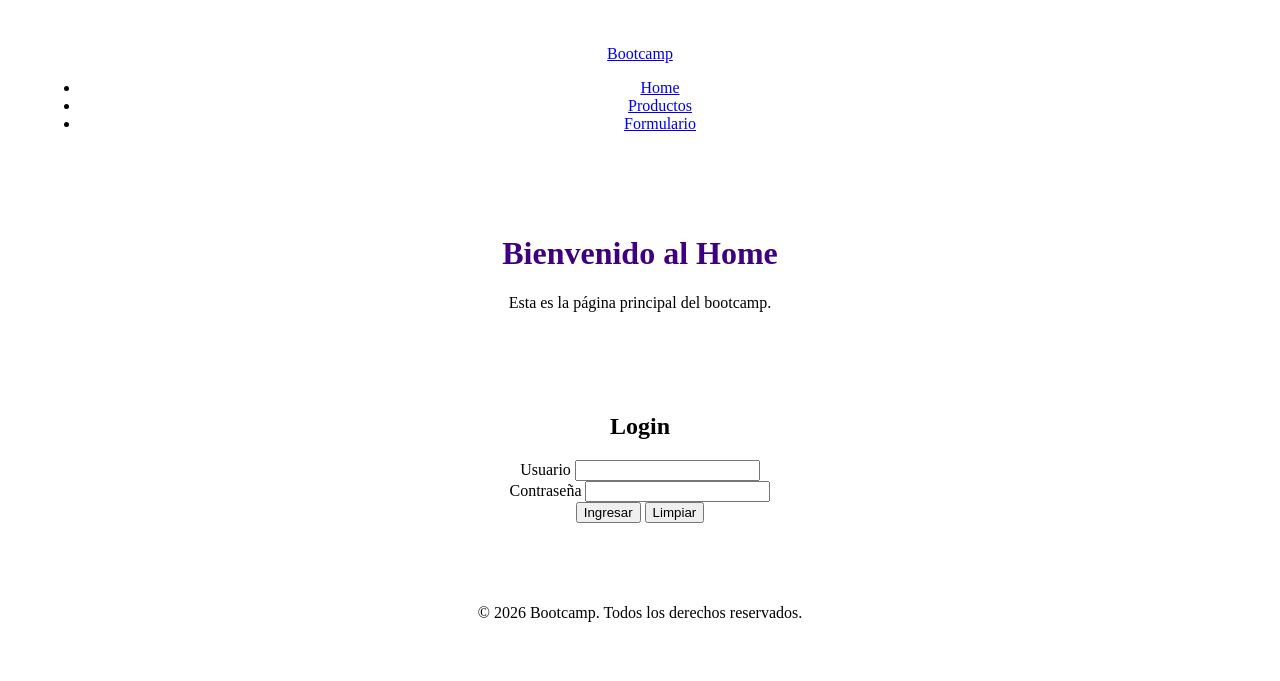
Repository: LadyJohana20/clases
Page: Clase-05-nodesass/public/index.html
An editor plug-in stored every save of this project. The page is shown before and after the next save, followed by the edit.
The browser window is 1280 px wide. The pictures show the whole page.
The style sheet was rebuilt from its Sass, Less or Tailwind sources for each picture, by a compiler version that may differ from the author's.

Above is the page before, as saved 2026-01-27 20:36:35.

### Clase-05-nodesass/public/index.html
<!DOCTYPE html>
<html lang="es">
<head>
  <meta charset="UTF-8">
  <meta name="viewport" content="width=device-width, initial-scale=1">
  <title>Home - Bootcamp</title>
<link rel="stylesheet" href="./css/index.css">
</head>
<body>
  <nav class="navbar">
    <div class="container">
      <a class="navbar-brand" href="#">Bootcamp</a>
      <div class="collapse" id="navbarNav">
        <ul class="navbar-nav ms-auto">
          <li class="nav-item">
            <a class="nav-link active" href="#">Home</a>
          </li>
          <li class="nav-item">
            <a class="nav-link" href="./pages/productos.html">Productos</a>
          </li>
          <li class="nav-item">
            <a class="nav-link" href="./pages/formulario.html">Formulario</a>
          </li>
        </ul>
      </div>
    </div>
  </nav>


  <main class="container mt-5">
    <h1>Bienvenido al Home</h1>
    <p>Esta es la página principal del bootcamp.</p>
  </main>

  <section class="container">
    <h2>Login</h2>
    <form method="post" class="login-form" id="loginForm">
      <div class="mb-3">
        <label for="email" class="form-label">Usuario</label>
        <input type="text" id="email" name="email" class="form-control" required>
      </div>
      <div class="mb-3">
        <label for="password" class="form-label">Contraseña</label>
        <input type="password" id="password" name="password" class="form-control" required>
      </div>
      <button type="submit" class="btn btn-primary">Ingresar</button>
      <button type="reset" class="btn btn-primary">Limpiar</button>
    </form>
  </section>

  <footer>
    <div class="container text-center">
      <p>&copy; 2026 Bootcamp. Todos los derechos reservados.</p>
    </div>
  </footer>



  <script src="./js/index.js"></script>
</body>
</html>

### Clase-05-nodesass/public/js/index.js
console.log('BIENVENIDO AL FRONT DE LA APP');


//Crear una función para el login de un usuario.


//manejo del DOM
let loginForm = document.getElementById('loginForm');
const loginUser = (e) => {
    e.preventDefault(); //evitar que se recargue la página

    console.log("Iniciando login...");

    //capturar los datos del formulario
    let email = document.getElementById('email').value;
    let password = document.getElementById('password').value;

    let login = "";

    //crear el objeto con los datos
    let adminUser= "admin@bootcamp.com";
    let adminPassword= "admin123";
      let adminName = "Juan Perez";

    //creamos logica de validación

    if(email === adminUser && password === adminPassword){
        console.log("Login exitoso");
        login = "true"; //si es login exitoso

        //guardar el nombre del usuario en el localStorage
        localStorage.setItem("administrador", adminName);
        localStorage.setItem("email", email);
        localStorage.setItem("loginStatus", login);
        alert("Login exitoso");



        window.location.href = "./pages/formulario.html"; //redireccionar a formulario

    } else {
        console.log("Credenciales Invalidas");
        login = "false";   //si el login falla

        //guardar el estado de login en el localStorage
        localStorage.setItem("loginStatus", login);
        alert("Credenciales Invalidas, por favor intente nuevamente.");

        }


    }
    loginForm.addEventListener('submit', loginUser);

### Clase-05-nodesass/public/sass/index.scss
@import "home";

.container{
    max-width: 1200px;
    margin: 0 auto;
    padding: 20px;
    text-align: center;
    margin-top: 25px;
}

### Clase-05-nodesass/public/sass/_home.scss
h1{
    color: rgb(62, 0, 128);
}

After the next save:
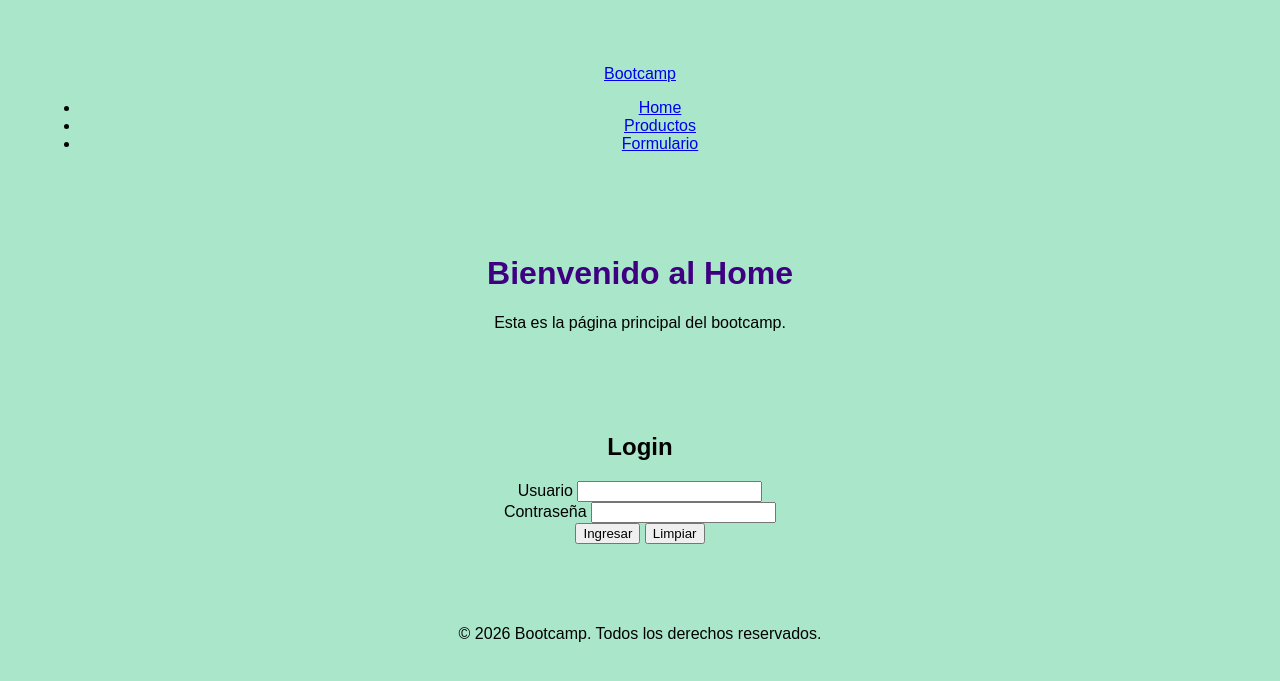
Saved 2 min 45 s later.
--- a/Clase-05-nodesass/public/sass/_home.scss
+++ b/Clase-05-nodesass/public/sass/_home.scss
@@ -1,3 +1,10 @@
 h1{
     color: rgb(62, 0, 128);
 }
+
+body{
+    background-color: #a9e6ca;
+    font-family: Arial, Helvetica, sans-serif;
+    margin: 0;
+    padding: 20px;
+}
